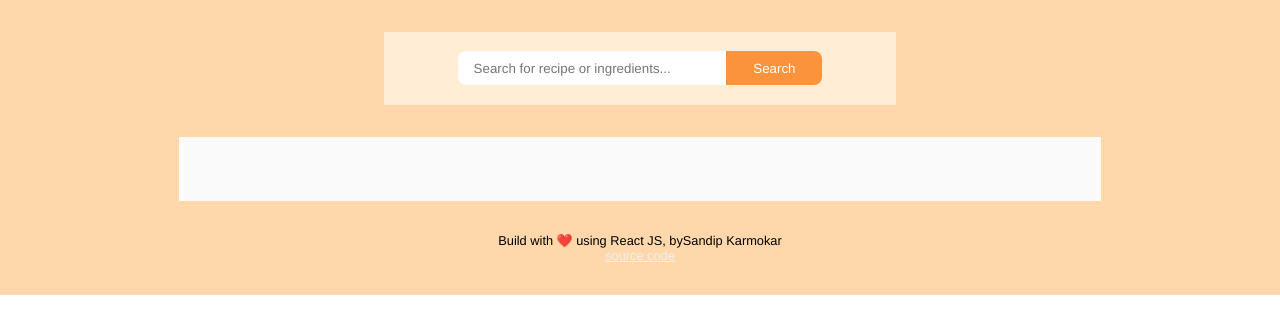
Repository: sandipkarmokar/recipeApp
Page: /
An editor plug-in stored every save of this project. The page is shown before and after the next save, followed by the edit.
The browser window is 1280 px wide. The pictures show the whole page.
The page's requests for data from a server got no answer. The project was rebuilt for these pictures with package versions that can differ from the ones it lists, and the page was loaded fresh each time. No one was signed in, and anything a server would have sent is missing. Also part of the build but not shown: src/components/data.js, src/components/listView.js, src/components/recipeShow.js.

Above is the page before, as saved 2022-05-01 12:11:37.

### src/App.js
import { useState, useEffect } from 'react';
import './App.css';
import SearchBar from './components/searchBar';
import ListView from './components/listView';
import RecipeShow from './components/recipeShow';

const App = () => {
    const [query, setQuery] = useState('');
    const [recipeList, setRecipeList] = useState([]);
    const [recipeId, setRecipeId] = useState('');
    const [recipeData, setRecipeData] = useState([]);
    const [isLoading, setIsLoading] = useState(false);
    const [isRecipeLoading, setIsRecipeLoading] = useState(false);

    const url = `https://forkify-api.herokuapp.com/api/search?q=${query}`;
    const recipeUrl = `https://forkify-api.herokuapp.com/api/get?rId=${recipeId}`;

    const fetchData = async (e) => {
        e.preventDefault();
        try {
            const response = await fetch(url);
            const data = await response.json();
            setRecipeList(data);
            setIsLoading(true);
        } catch (error) {
            console.log(error);
        }
    };

    const fetchRecipe = async () => {
        try {
            const response = await fetch(recipeUrl);
            const data = await response.json();
            setRecipeData(data);
            setQuery('');
            setIsRecipeLoading(true);
            console.log(recipeData);
        } catch (error) {
            console.log(error);
        }
    };
    useEffect(() => {
        fetchRecipe();
    }, [recipeId]);

    return (
        <div className="app">
            <div className="app-container">
                <SearchBar
                    query={query}
                    setQuery={setQuery}
                    fetchData={fetchData}
                ></SearchBar>
                <div className="recipe-modal">
                    {isLoading ? (
                        <>
                            <ListView
                                recipeList={recipeList.recipes}
                                setRecipeId={setRecipeId}
                            ></ListView>
                            {recipeData.recipe ? (
                                <RecipeShow
                                    isRecipeLoading={isRecipeLoading}
                                    recipeData={recipeData.recipe}
                                    query={query}
                                ></RecipeShow>
                            ) : (
                                <p></p>
                            )}
                        </>
                    ) : (
                        ''
                    )}
                </div>
                <footer>
                    <p>
                        Build with ❤️ using React JS, by
                        <span className="underline">Sandip Karmokar</span>
                    </p>

                    <a
                        href="https://github.com/sandipkarmokar/recipeApp"
                        rel="noreferrer"
                        target="_blank"
                    >
                        source code
                    </a>
                </footer>
            </div>
        </div>
    );
};

export default App;

### src/App.css
* {
    margin: 0;
    padding: 0;
    box-sizing: border-box;
    font-family: Helvetica, sans-serif;
}

button {
    cursor: pointer;
}
.btn {
    cursor: pointer;
}

.app {
    height: 100%;
    width: 100vw;
    background-color: #fed7aa;
}

.app .app-container {
    margin: 0 auto;
    width: 80%;
    padding: 2rem 0;
    display: flex;
    justify-content: center;
    flex-direction: column;
}

.app .app-container .searchBar {
    width: 50%;
    background-color: #ffedd5;
    padding: 1.2rem 1rem;
    margin: 0 auto;
    width: 50%;
    display: flex;
    justify-content: center;
}
.app .app-container .searchBar .searchBar-container {
    width: 80%;
    margin: 0 auto;
    display: flex;
    justify-content: center;
}
.app .app-container .searchBar .searchBar-container input {
    width: 70%;
    padding: 0.4rem 1rem;
    border: none;
    border-radius: 0.5rem 0 0 0.5rem;
}

.app .app-container .searchBar .searchBar-container button {
    width: 25%;
    padding: 0.6rem 1rem;
    background-color: #fb923c;
    border: none;
    color: #fff;
    border-radius: 0 0.5rem 0.5rem 0;
}
.app .app-container .searchBar .searchBar-container button:hover {
    background-color: #f97316;
}

.app .app-container .recipe-modal {
    width: 90%;
    background-color: #fafafa;
    margin: 2rem auto;
    display: flex;
    justify-content: space-between;
    padding: 2rem;
}

.app .app-container .recipe-modal .recipeList {
    padding: 1rem;
}

.app
    .app-container
    .recipe-modal
    .recipeList
    .recipeList-container
    .recipe-item {
    cursor: pointer;
    display: flex;
    background-color: #fff7ed;
    padding: 0.8rem 1.4rem;
    margin-bottom: 0.8rem;
    box-shadow: 0px 5px 24px rgba(0, 0, 0, 0.04),
        0px 3.24074px 14.0556px rgba(0, 0, 0, 0.0303704),
        0px 1.92593px 7.64444px rgba(0, 0, 0, 0.0242963),
        0px 1px 3.9px rgba(0, 0, 0, 0.02),
        0px 0.407407px 1.95556px rgba(0, 0, 0, 0.0157037),
        0px 0.0925926px 0.944444px rgba(0, 0, 0, 0.00962963);
    border-radius: 0.4rem;
}
.app
    .app-container
    .recipe-modal
    .recipeList
    .recipeList-container
    .recipe-item
    img {
    height: 56px;
    width: 56px;
    border-radius: 100%;
}
.app
    .app-container
    .recipe-modal
    .recipeList
    .recipeList-container
    .recipe-item
    .info {
    display: flex;
    flex-direction: column;
    margin-left: 1rem;
}
.app
    .app-container
    .recipe-modal
    .recipeList
    .recipeList-container
    .recipe-item
    .info
    .title {
    color: #52525b;
    font-size: 1rem;
}
.app
    .app-container
    .recipe-modal
    .recipeList
    .recipeList-container
    .recipe-item
    .info
    .publisher {
    color: #71717a;
    font-size: 0.8rem;
    margin-top: 0.8rem;
}

.app .app-container .recipe-modal .recipeShow {
    background-color: #ffedd5;
    box-shadow: 0px 12px 80px rgba(0, 0, 0, 0.05),
        0px 7.77778px 46.8519px rgba(0, 0, 0, 0.037963),
        0px 4.62222px 25.4815px rgba(0, 0, 0, 0.0303704),
        0px 2.4px 13px rgba(0, 0, 0, 0.025),
        0px 0.977778px 6.51852px rgba(0, 0, 0, 0.0196296),
        0px 0.222222px 3.14815px rgba(0, 0, 0, 0.012037);
    border-radius: 12px;
    width: 80%;
    margin: 1rem 0;
}
.app .app-container .recipe-modal .recipeShow .recipeShow-container {
    padding: 2rem;
}
.app .app-container .recipe-modal .recipeShow .recipeShow-container .info {
    display: flex;
}
.app .app-container .recipe-modal .recipeShow .recipeShow-container .info img {
    width: 40%;
}
.app
    .app-container
    .recipe-modal
    .recipeShow
    .recipeShow-container
    .info
    .recipe-info {
    margin-left: 2rem;
    display: flex;
    flex-direction: column;
    justify-content: space-between;
}
.app
    .app-container
    .recipe-modal
    .recipeShow
    .recipeShow-container
    .info
    .recipe-info
    .sub-info {
    display: flex;
    justify-content: space-between;
    flex-direction: column;
}
.app
    .app-container
    .recipe-modal
    .recipeShow
    .recipeShow-container
    .info
    .recipe-info
    .sub-info
    .title {
    font-size: 1.6rem;
    color: #52525b;
    margin-bottom: 0.8rem;
}
.app
    .app-container
    .recipe-modal
    .recipeShow
    .recipeShow-container
    .info
    .recipe-info
    .sub-info
    .publisher {
    font-size: 1rem;
    color: #71717a;
    margin-bottom: 0.6rem;
}

.app
    .app-container
    .recipe-modal
    .recipeShow
    .recipeShow-container
    .info
    .recipe-info
    .recipe-data {
    display: flex;
}
.app
    .app-container
    .recipe-modal
    .recipeShow
    .recipeShow-container
    .info
    .recipe-info
    .recipe-data
    p {
    color: #71717a;
    margin-right: 1rem;
}

.app
    .app-container
    .recipe-modal
    .recipeShow
    .recipeShow-container
    .recipe-ingredients {
    margin-top: 3rem;
}
.app
    .app-container
    .recipe-modal
    .recipeShow
    .recipeShow-container
    .recipe-ingredients
    .heading {
    margin: 1rem 0;
    font-size: 1.6rem;
    color: #71717a;
}
.app
    .app-container
    .recipe-modal
    .recipeShow
    .recipeShow-container
    .recipe-ingredients
    .recipe-ingredient-item
    .item {
    display: flex;
    flex-direction: row;
    margin: 0.8rem 0;
}
.app
    .app-container
    .recipe-modal
    .recipeShow
    .recipeShow-container
    .recipe-ingredients
    .recipe-ingredient-item
    img {
    height: 16px;
    width: 16px;
    margin-right: 0.4rem;
}
.app
    .app-container
    .recipe-modal
    .recipeShow
    .recipeShow-container
    .recipe-ingredients
    .recipe-ingredient-item
    p {
    font-size: 1rem;
    color: #52525b;
}
.app
    .app-container
    .recipe-modal
    .recipeShow
    .recipeShow-container
    .recipe-ingredients
    .footer {
    text-align: right;
    color: #a1a1aa;
    font-size: 0.8rem;
    margin-top: 2rem;
}
.app
    .app-container
    .recipe-modal
    .recipeShow
    .recipeShow-container
    .recipe-ingredients
    .footer
    a {
    margin-left: 0.4rem;
    color: #2563eb;
}

.app .app-container footer {
    text-align: center;
}

.app .app-container footer p {
    font-size: 0.8rem;
}
.app .app-container footer a {
    display: flex;
    justify-content: center;
    align-items: center;
    color: #eeeff4;
    font-size: 0.8rem;
}

### src/components/searchBar.js
import React from 'react';

const SearchBar = ({ query, setQuery, fetchData }) => {
    return (
        <div className="searchBar">
            <form onSubmit={fetchData} className="searchBar-container">
                <input
                    type="text"
                    placeholder="Search for recipe or ingredients..."
                    value={query}
                    onChange={(e) => setQuery(e.target.value)}
                />
                <button type="submit">Search</button>
            </form>
        </div>
    );
};

export default SearchBar;

Loaded but not shown: public/index.html (common file); src/index.js (common file); src/index.css (common file); src/reportWebVitals.js (common file)

After the next save:
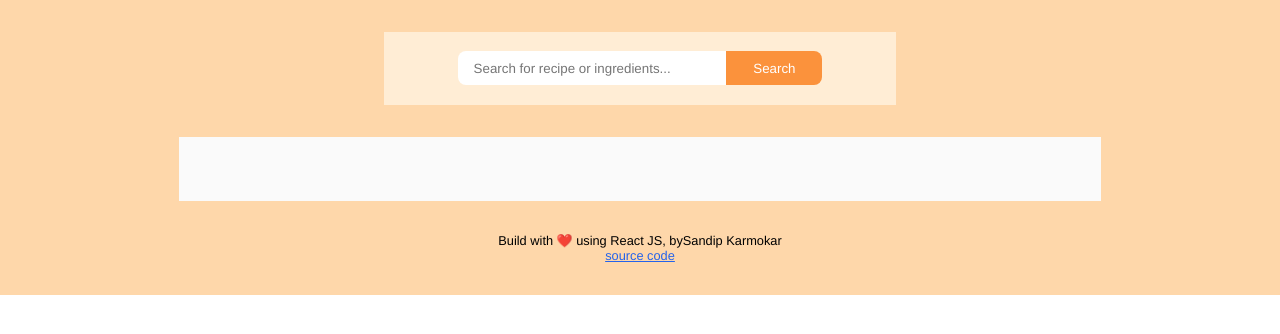
Saved 26 s later.
--- a/src/App.css
+++ b/src/App.css
@@ -323,6 +323,6 @@ button {
     display: flex;
     justify-content: center;
     align-items: center;
-    color: #eeeff4;
+    color: #2563eb;
     font-size: 0.8rem;
 }
